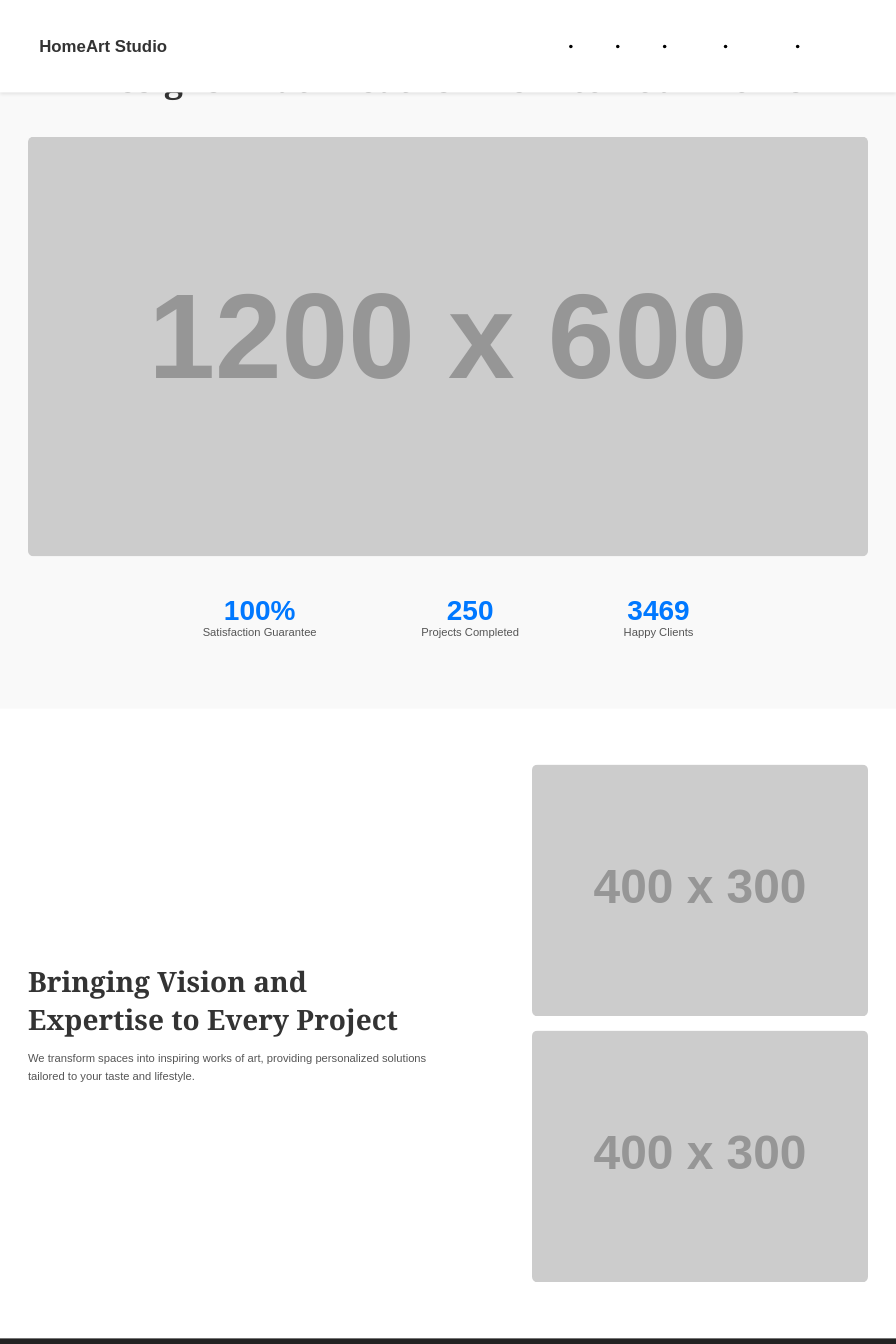
Repository: Patience225/home-decor-studio
Page: index.html
An editor plug-in stored every save of this project. The page is shown before and after the next save, followed by the edit.
The browser window is 1280 px wide. The pictures show the part of the page from y = 0 to 1920 px (the page is 4316 px tall before and 3802 px after), at 70% of full size.

Above is the page before, as saved 2025-01-29 06:37:36.

### index.html
<!DOCTYPE html>
<html lang="en">
<head>
  <meta charset="UTF-8">
  <meta name="viewport" content="width=device-width, initial-scale=1.0">
  <title>HomeArt Studio</title>
  <link href="https://cdnjs.cloudflare.com/ajax/libs/font-awesome/5.15.4/css/all.min.css" rel="stylesheet">
  <link rel="stylesheet" href="styles.css">
</head>
<body>
  <header>
    <nav class="navbar">
      <div class="logo">HomeArt Studio</div>
      <ul class="nav-links">
        <li><a href="#home">Home</a></li>
        <li><a href="#about">About</a></li>
        <li><a href="#services">Services</a></li>
        <li><a href="#collections">Collections</a></li>
        <li><a href="#contact">Contact</a></li>
      </ul>
      <div class="hamburger">
        <span></span>
        <span></span>
        <span></span>
      </div>
    </nav>
  </header>

  <section id="home" class="hero">
    <div class="hero-content">
      <h1>Designs That Breathe Life into Your Home</h1>
      <img src="https://via.placeholder.com/1200x600" alt="Living room design" class="hero-image">
      <div class="hero-stats">
        <div class="stat-item"><h2>100%</h2><p>Satisfaction Guarantee</p></div>
        <div class="stat-item"><h2>250</h2><p>Projects Completed</p></div>
        <div class="stat-item"><h2>3469</h2><p>Happy Clients</p></div>
      </div>
    </div>
  </section>

  <section id="about" class="introduction">
    <div class="intro-container">
      <div class="intro-text">
        <h2>Bringing Vision and Expertise to Every Project</h2>
        <p>We transform spaces into inspiring works of art, providing personalized solutions tailored to your taste and lifestyle.</p>
      </div>
      <div class="intro-images">
        <img src="https://via.placeholder.com/400x300" alt="Interior design 1">
        <img src="https://via.placeholder.com/400x300" alt="Interior design 2">
      </div>
    </div>
  </section>

  <section id="services" class="call-to-action">
    <div class="cta-container">
      <h2>For Everything Your Home Deserves, Reach Out to Us</h2>
      <div class="cta-images">
        <div class="image-card"><img src="https://via.placeholder.com/300x300" alt="Armchair"><p class="product-name">Personal Black Armchair</p><p class="product-price">$799.00</p></div>
        <div class="image-card"><img src="https://via.placeholder.com/300x300" alt="Cabinet"><p class="product-name">Rustic Oak Cabinet</p><p class="product-price">$1200.00</p></div>
        <div class="image-card"><img src="https://via.placeholder.com/300x300" alt="Pendant Light"><p class="product-name">Brass Pendant Light</p><p class="product-price">$720.00</p></div>
      </div>
    </div>
  </section>

  <section id="collections" class="projects">
    <h2>Our Projects</h2>
    <div class="project-cards">
      <div class="project-card"><img src="https://via.placeholder.com/300x200" alt="Landscape Project"><h3>Landscape</h3><p>Transforming outdoor spaces with elegant and functional designs.</p><a href="#" class="project-link">See Projects</a></div>
      <div class="project-card"><img src="https://via.placeholder.com/300x200" alt="Commercial Interiors"><h3>Commercial Interiors</h3><p>Innovative solutions for inspiring workspaces that foster productivity.</p><a href="#" class="project-link">See Projects</a></div>
      <div class="project-card"><img src="https://via.placeholder.com/300x200" alt="Architecture"><h3>Landscape Architecture</h3><p>Designing environments that blend seamlessly with nature.</p><a href="#" class="project-link">See Projects</a></div>
    </div>
  </section>

  <section id="contact" class="customer-review">
    <div class="review-container">
      <span class="quote-icon">❝</span>
      <p class="review-text">"Their creative approach and professionalism made the entire process seamless. I highly recommend them for any interior design project."</p>
      <div class="customer-info">
        <img src="https://via.placeholder.com/80x80" alt="Customer Picture" class="customer-img">
        <p class="customer-name">Albert Henderson</p>
      </div>
    </div>
  </section>

  <form id="contact-form">
    <input type="text" id="name" placeholder="Your Name" required>
    <input type="email" id="email" placeholder="Your Email" required>
    <textarea id="message" placeholder="Your Message" required></textarea>
    <button type="submit">Submit</button>
    <p id="form-feedback"></p>
  </form>

  <button id="back-to-top">↑</button>

  <footer class="footer">
    <div class="footer-container">
      <div class="footer-column">
        <h3>HomeArt Studio</h3>
        <p>Designs that breathe life into your home with creativity and expertise.</p>
      </div>
      <div class="footer-column">
        <h3>Quick Links</h3>
        <ul>
          <li><a href="#home">Home</a></li>
          <li><a href="#about">About</a></li>
          <li><a href="#collections">Collections</a></li>
          <li><a href="#contact">Contact</a></li>
        </ul>
      </div>
      <div class="footer-column">
        <h3>Contact Info</h3>
        <p>123 Interior Lane, Design City</p>
        <p>Phone: +123 456 7890</p>
        <p>Email: info@homeartstudio.com</p>
      </div>
      <div class="footer-column">
        <h3>Follow Us</h3>
        <div class="social-icons">
          <a href="#"><i class="fab fa-facebook-f"></i></a>
          <a href="#"><i class="fab fa-twitter"></i></a>
          <a href="#"><i class="fab fa-instagram"></i></a>
          <a href="#"><i class="fab fa-linkedin-in"></i></a>
        </div>
      </div>
    </div>
    <p>© 2025 HomeArt Studio. All rights reserved.</p>
  </footer>

  <script src="script.js"></script>
</body>
</html>

### styles.css
/* Global Styles */
* {
  margin: 0;
  padding: 0;
  box-sizing: border-box;
}

body {
  font-family: 'Arial', sans-serif;
  background-color: #f5f5f5;
}

/* Header */
header {
  width: 100%;
  background-color: white;
  padding: 15px 30px;
  box-shadow: 0 2px 5px rgba(0, 0, 0, 0.1);
  position: fixed;
  top: 0;
  z-index: 10;
}

.navbar {
  display: flex;
  justify-content: space-between;
  align-items: center;
  max-width: 1200px;
  margin: auto;
  padding: 1rem;
}

.logo {
  font-size: 1.5rem;
  font-weight: bold;
  color: #333;
}

/* Navigation Menu */
.nav-links {
  display: none;
  flex-direction: column;
  background-color: #333;
  position: absolute;
  top: 100%;
  right: 0;
  width: 100%;
  max-height: 90vh;
  overflow-y: auto;
  padding: 1rem;
  z-index: 10;
}

.nav-links.active {
  display: flex;
}

.nav-links li {
  margin: 10px 0;
  text-align: center;
}

.nav-links a {
  text-decoration: none;
  color: #fff;
  font-size: 1rem;
  transition: color 0.3s ease;
}

.nav-links a:hover {
  color: #0078ff;
}

/* Hamburger Menu */
.hamburger {
  cursor: pointer;
  display: block;
  flex-direction: column;
}

.hamburger span {
  height: 3px;
  width: 25px;
  background: #333;
  margin: 4px 0;
}

@media (min-width: 768px) {
  .nav-links {
    display: flex;
    flex-direction: row;
    background: none;
    position: static;
    width: auto;
    max-height: none;
    overflow: visible;
  }

  .nav-links li {
    margin-left: 25px;
  }

  .hamburger {
    display: none;
  }
}

/* Other Styles Remain Intact */


.hero {
  width: 100%;
  background-color: #f9f9f9;
  padding: 80px 0;
  text-align: center;
}

.hero-content h1 {
  font-size: 3rem;
  font-family: 'Georgia', serif;
  color: #333;
  margin-bottom: 20px;
}

.hero-image {
  width: 100%;
  max-width: 1200px;
  height: auto;
  border-radius: 8px;
  margin: 30px 0;
}

.hero-stats {
  display: flex;
  justify-content: space-evenly;
  max-width: 1000px;
  margin: auto;
  padding: 20px 0;
}

.stat-item {
  text-align: center;
}

.stat-item h2 {
  font-size: 2.5rem;
  font-weight: bold;
  color: #0078ff;
}

.stat-item p {
  font-size: 1rem;
  color: #555;
}

@media (max-width: 768px) {
  .hero-content h1 {
    font-size: 2rem;
  }

  .hero-stats {
    flex-direction: column;
    gap: 20px;
  }
}

.introduction {
  background-color: #ffffff;
  padding: 80px 0;
  text-align: left;
}

.intro-container {
  display: flex;
  justify-content: space-between;
  align-items: center;
  max-width: 1200px;
  margin: auto;
}

.intro-text {
  width: 50%;
  padding-right: 20px;
}

.intro-text h2 {
  font-size: 2.5rem;
  font-family: 'Georgia', serif;
  color: #333;
  margin-bottom: 15px;
}

.intro-text p {
  font-size: 1rem;
  line-height: 1.6;
  color: #555;
}

.intro-images {
  display: flex;
  flex-direction: column;
  gap: 20px;
  width: 40%;
}

.intro-images img {
  width: 100%;
  border-radius: 8px;
  object-fit: cover;
}

@media (max-width: 768px) {
  .intro-container {
    flex-direction: column;
    text-align: center;
  }

  .intro-text,
  .intro-images {
    width: 100%;
  }

  .intro-text {
    padding-right: 0;
  }
}

.call-to-action {
  background-color: #222;
  padding: 80px 0;
  text-align: center;
  color: #fff;
}

.cta-container h2 {
  font-size: 2.5rem;
  font-family: 'Georgia', serif;
  color: #ffffff;
  margin-bottom: 40px;
}

.cta-images {
  display: flex;
  justify-content: center;
  gap: 40px;
}

.image-card {
  text-align: center;
  max-width: 300px;
}

.image-card img {
  width: 100%;
  border-radius: 8px;
  object-fit: cover;
}

.product-name {
  font-size: 1.2rem;
  color: #f9f9f9;
  margin-top: 10px;
}

.product-price {
  font-size: 1rem;
  color: #cccccc;
}

@media (max-width: 768px) {
  .cta-images {
    flex-direction: column;
    gap: 20px;
  }
}

.projects {
  background-color: #f9f9f9;
  padding: 80px 0;
  text-align: center;
}

.projects h2 {
  font-size: 2.5rem;
  font-family: 'Georgia', serif;
  color: #333;
  margin-bottom: 40px;
}

.project-cards {
  display: flex;
  justify-content: center;
  gap: 40px;
  max-width: 1200px;
  margin: auto;
}

.project-card {
  background-color: #ffffff;
  border-radius: 8px;
  text-align: center;
  max-width: 300px;
  padding: 20px;
  box-shadow: 0 4px 8px rgba(0, 0, 0, 0.1);
}

.project-card img {
  width: 100%;
  border-radius: 8px;
  transition: transform 0.3s ease;
}

.project-card img:hover {
  transform: scale(1.05);
}

.project-card h3 {
  font-size: 1.5rem;
  color: #333;
  margin: 15px 0;
}

.project-card p {
  font-size: 1rem;
  color: #555;
  margin-bottom: 20px;
}

.project-link {
  font-size: 1rem;
  color: #0078ff;
  text-decoration: none;
}

.project-link:hover {
  text-decoration: underline;
}

@media (max-width: 768px) {
  .project-cards {
    flex-direction: column;
    gap: 20px;
  }
}

.customer-review {
  background-color: #f6f6f6;
  padding: 80px 0;
  text-align: center;
}

.review-container {
  background-color: #ffffff;
  max-width: 600px;
  margin: auto;
  padding: 40px;
  border-radius: 12px;
  box-shadow: 0 4px 8px rgba(0, 0, 0, 0.1);
  position: relative;
}

.quote-icon {
  font-size: 3rem;
  color: #d4af37;
  position: absolute;
  top: -25px;
  left: 10%;
}

.review-text {
  font-family: 'Georgia', serif;
  font-size: 1.5rem;
  font-style: italic;
  color: #333;
  margin-bottom: 30px;
}

.customer-info {
  display: flex;
  justify-content: center;
  align-items: center;
  gap: 15px;
  margin-top: 20px;
}

.customer-img {
  width: 80px;
  height: 80px;
  border-radius: 50%;
  object-fit: cover;
}

.customer-name {
  font-size: 1.2rem;
  font-weight: bold;
  color: #555;
}

@media (max-width: 768px) {
  .review-container {
    padding: 30px;
  }

  .review-text {
    font-size: 1.2rem;
  }

  .quote-icon {
    font-size: 2.5rem;
  }
}

#back-to-top {
  position: fixed;
  bottom: 30px;
  right: 30px;
  background-color: #d4af37;
  color: white;
  border: none;
  padding: 10px 15px;
  cursor: pointer;
  display: none;
  border-radius: 50%;
}

#back-to-top:hover {
  background-color: #333;
}

/* Contact Form Styling */
#contact-form {
  width: 100%;
  max-width: 500px;
  margin: 50px auto;
  background-color: #f9f9f9;
  padding: 20px 30px;
  border-radius: 12px;
  box-shadow: 0px 4px 10px rgba(0, 0, 0, 0.1);
  animation: fadeIn 1s ease-in-out;
}

#contact-form input,
#contact-form textarea {
  width: 100%;
  padding: 12px;
  margin-bottom: 15px;
  border: 1px solid #ddd;
  border-radius: 8px;
  font-size: 14px;
  background-color: #ffffff;
  transition: border-color 0.3s ease-in-out;
}

#contact-form input:focus,
#contact-form textarea:focus {
  border-color: #d4af37;
  outline: none;
}

#contact-form button {
  width: 100%;
  padding: 12px;
  background-color: #d4af37;
  color: white;
  font-size: 16px;
  border: none;
  border-radius: 8px;
  cursor: pointer;
  transition: background-color 0.3s ease-in-out;
  position: relative;
  overflow: hidden;
}

#contact-form button:hover {
  background-color: #333;
}

#form-feedback {
  font-size: 14px;
  margin-top: 10px;
}

#form-feedback.success {
  color: green;
}

#form-feedback.error {
  color: red;
}

#contact-form button::after {
  content: '';
  position: absolute;
  top: 0;
  left: -100%;
  width: 300%;
  height: 100%;
  background: rgba(255, 255, 255, 0.2);
  transition: left 0.4s ease;
}

#contact-form button:hover::after {
  left: 100%;
}

/* Fade-in animation */
@keyframes fadeIn {
  from {
    opacity: 0;
    transform: translateY(20px);
  }
  to {
    opacity: 1;
    transform: translateY(0);
  }
}

/* Footer Styles */
.footer {
  background-color: #333;
  color: #f9f9f9;
  padding: 60px 0;
}

.footer-container {
  display: flex;
  justify-content: space-between;
  max-width: 1200px;
  margin: auto;
  flex-wrap: wrap;
  gap: 40px;
}

.footer-column {
  max-width: 250px;
}

.footer-column h3 {
  font-size: 1.5rem;
  text-transform: uppercase;
  color: #d4af37;
  margin-bottom: 20px;
}

.footer-column p {
  font-size: 1rem;
  line-height: 1.5;
}

.footer-column ul {
  list-style: none;
  padding: 0;
}

.footer-column ul li {
  margin-bottom: 10px;
}

.footer-column ul li a {
  color: #f9f9f9;
  text-decoration: none;
  transition: color 0.3s ease;
}

.footer-column ul li a:hover {
  color: #d4af37;
}

.social-icons {
  display: flex;
  gap: 15px;
}

.social-icons a {
  display: inline-block;
  color: #f9f9f9;
  background-color: #444;
  width: 40px;
  height: 40px;
  line-height: 40px;
  text-align: center;
  border-radius: 50%;
  font-size: 1.2rem;
  transition: all 0.3s ease;
}

.social-icons a:hover {
  background-color: #d4af37;
  color: #fff;
  animation: bounce 0.5s;
}

/* Social Media Icon Bounce Animation */
@keyframes bounce {
  0%, 100% {
    transform: translateY(0);
  }
  50% {
    transform: translateY(-5px);
  }
}

@media (max-width: 768px) {
  .footer-container {
    flex-direction: column;
    text-align: center;
  }

  .footer-column {
    max-width: 100%;
  }
}

### script.js
const hamburger = document.querySelector('.hamburger');
const navLinks = document.querySelector('.nav-links');

hamburger.addEventListener('click', () => {
  navLinks.classList.toggle('active');
});

// Smooth scroll for navigation links
document.querySelectorAll('a[href^="#"]').forEach(anchor => {
  anchor.addEventListener('click', function (e) {
    e.preventDefault();
    document.querySelector(this.getAttribute('href')).scrollIntoView({
      behavior: 'smooth'
    });
  });
});

// Contact form validation
document.getElementById('contact-form').addEventListener('submit', function (e) {
  e.preventDefault();

  const name = document.getElementById('name').value.trim();
  const email = document.getElementById('email').value.trim();
  const message = document.getElementById('message').value.trim();
  const feedback = document.getElementById('form-feedback');
  const emailRegex = /^[^\s@]+@[^\s@]+\.[^\s@]+$/;

  if (!name || !email || !message) {
    feedback.textContent = "Please fill in all fields.";
    feedback.style.color = "red";
  } else if (!emailRegex.test(email)) {
    feedback.textContent = "Please enter a valid email address.";
    feedback.style.color = "red";
  } else {
    feedback.textContent = "Thank you for your message! We'll get back to you soon.";
    feedback.style.color = "green";
    document.getElementById('contact-form').reset();
  }
});

// Hover effect for gallery images
const galleryImages = document.querySelectorAll('.gallery-item');

galleryImages.forEach(image => {
  image.addEventListener('mouseenter', () => {
    image.style.transform = 'scale(1.1)';
    image.style.transition = 'transform 0.3s ease';
  });

  image.addEventListener('mouseleave', () => {
    image.style.transform = 'scale(1)';
  });
});

// Back to top button functionality
const backToTopButton = document.getElementById('back-to-top');

window.addEventListener('scroll', () => {
  if (window.scrollY > 300) {
    backToTopButton.style.display = 'block';
  } else {
    backToTopButton.style.display = 'none';
  }
});

backToTopButton.addEventListener('click', () => {
  window.scrollTo({
    top: 0,
    behavior: 'smooth'
  });
});

// Add hover effects for footer social icons
const footerIcons = document.querySelectorAll('.social-icons a');

footerIcons.forEach(icon => {
  icon.addEventListener('mouseenter', () => {
    icon.style.transform = 'scale(1.2)';
    icon.style.transition = 'transform 0.3s ease';
  });

  icon.addEventListener('mouseleave', () => {
    icon.style.transform = 'scale(1)';
  });
});

// Smooth Scroll for Anchor Links
document.querySelectorAll('a[href^="#"]').forEach(anchor => {
  anchor.addEventListener('click', function (e) {
    e.preventDefault();

    document.querySelector(this.getAttribute('href')).scrollIntoView({
      behavior: 'smooth'
    });
  });
});

// Handle form submission feedback with success animation
document.querySelector('#contact-form').addEventListener('submit', (e) => {
  e.preventDefault();
  const feedback = document.querySelector('#form-feedback');
  feedback.classList.add('success');
  feedback.textContent = 'Thank you! Your message has been sent successfully.';

  // Animation for feedback
  feedback.style.opacity = 0;
  setTimeout(() => {
    feedback.style.transition = 'opacity 1s ease-in-out';
    feedback.style.opacity = 1;
  }, 100);
});

After the next save:
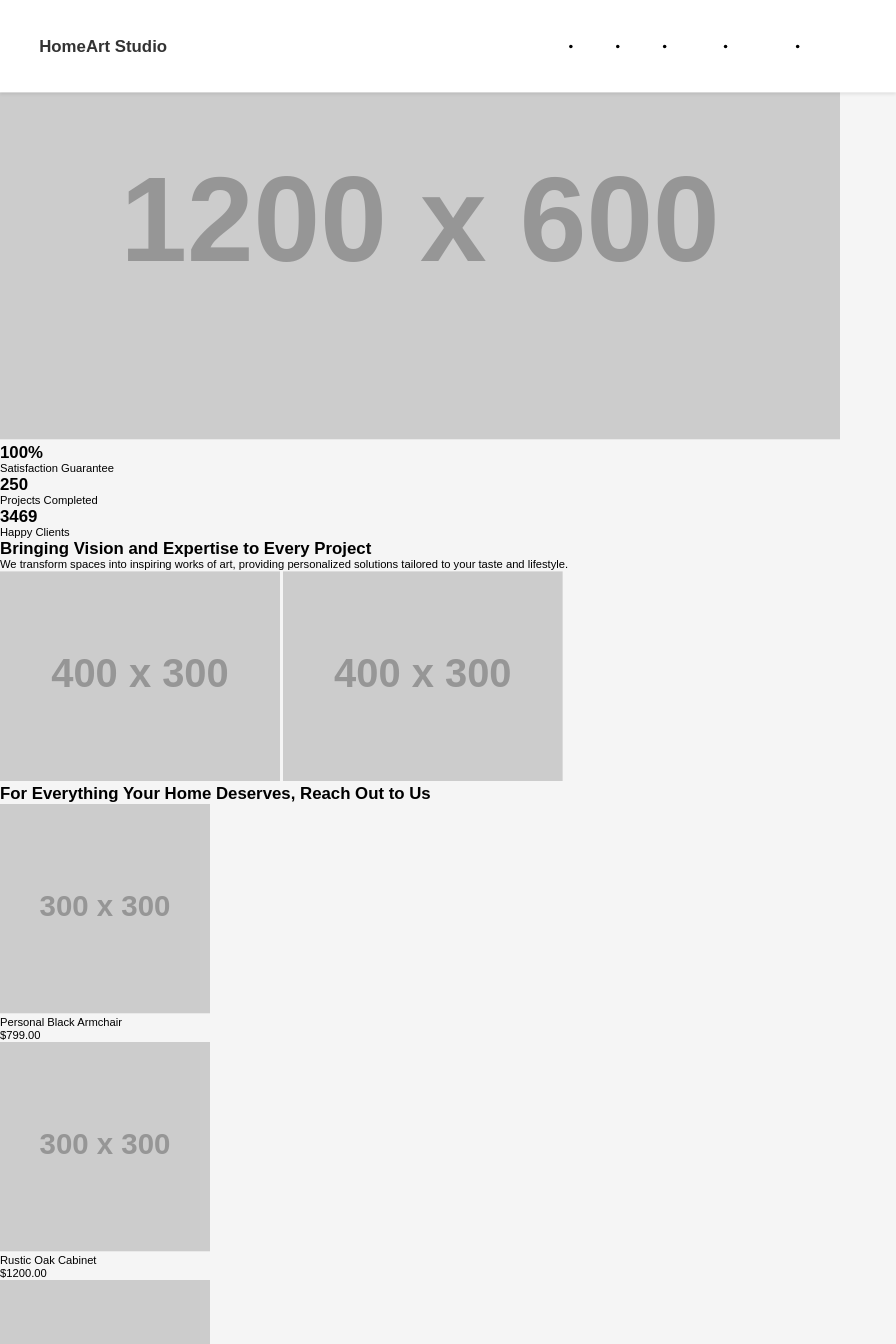
Saved 6 s later.
--- a/styles.css
+++ b/styles.css
@@ -105,8 +105,7 @@
   }
 }
 
-/* Other Styles Remain Intact */
-
+/* Other Styles Rema
 
 .hero {
   width: 100%;

After the save that followed:
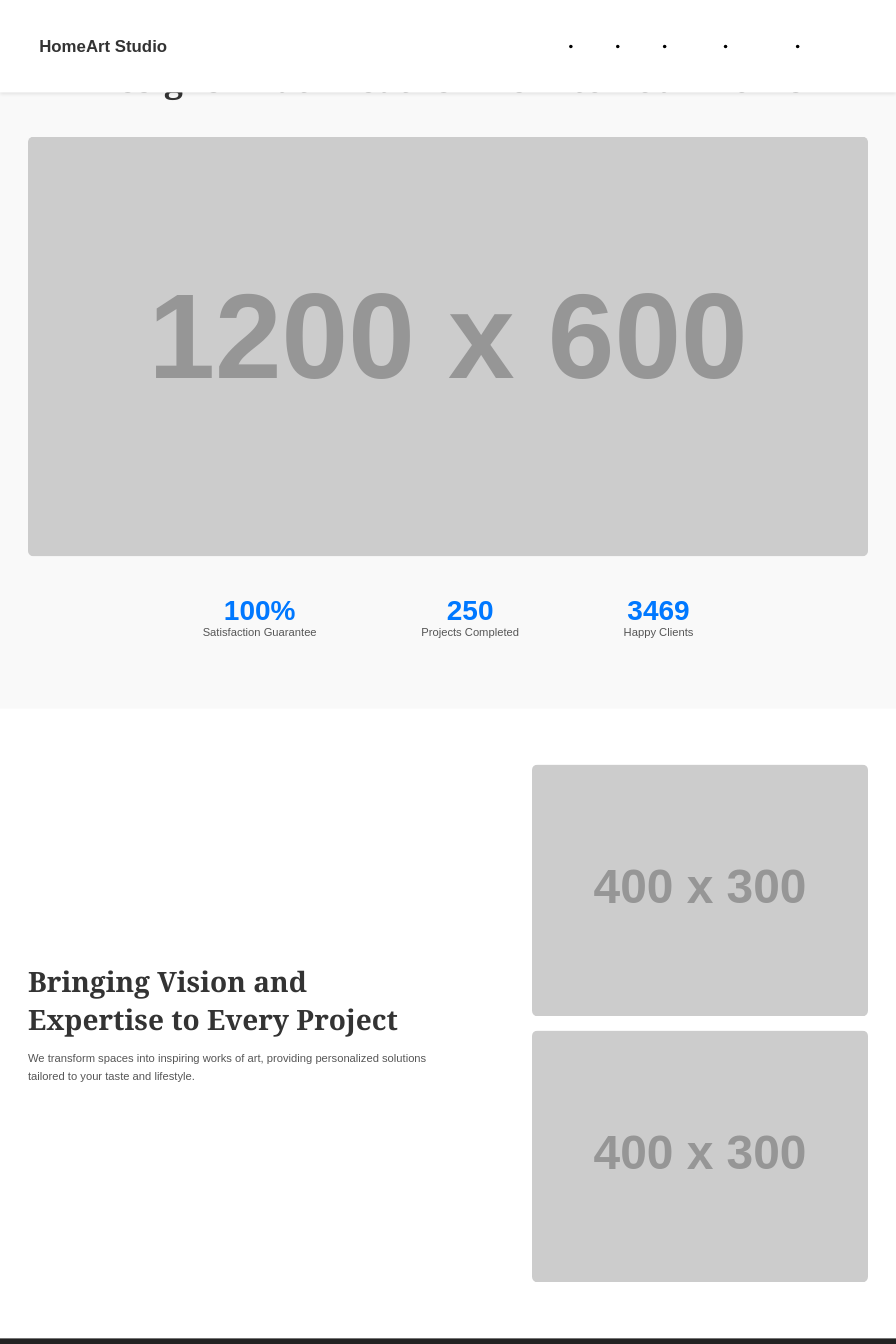
Saved 7 s later.
--- a/styles.css
+++ b/styles.css
@@ -104,8 +104,6 @@
     display: none;
   }
 }
-
-/* Other Styles Rema
 
 .hero {
   width: 100%;
